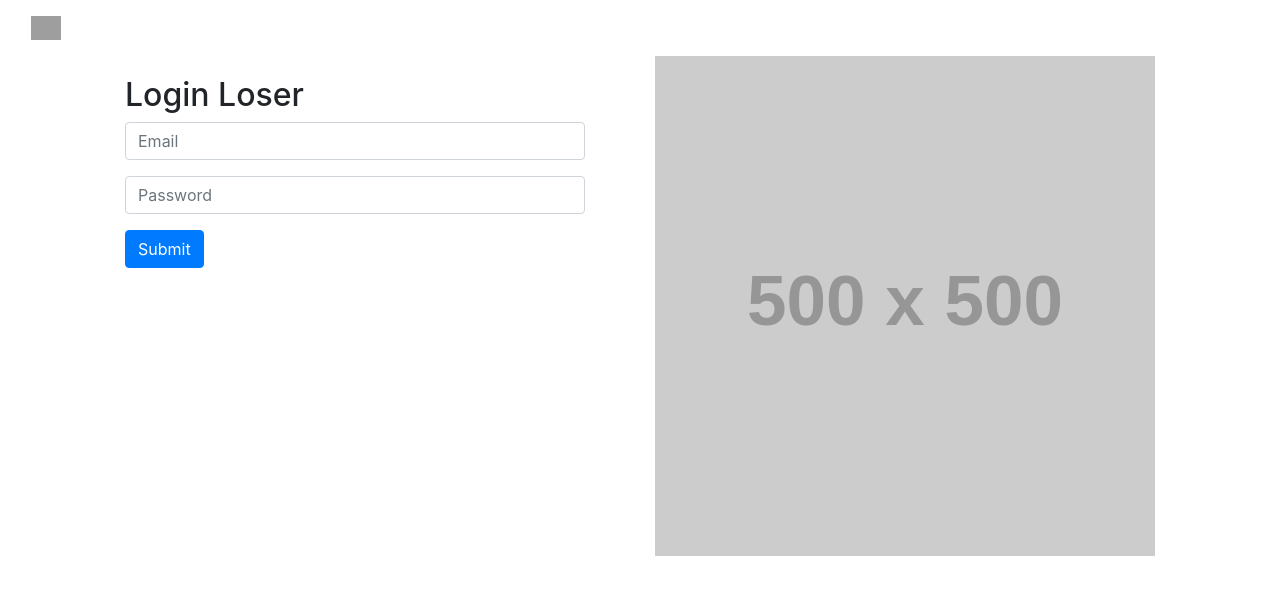
Repository: DavidDontKnow/BootlegTwitter
Page: html/login.html
These files come from the project's save history. The page is drawn as it stood at one moment and after the next save; the edit follows.
The browser window is 1280 px wide. The pictures show the whole page.
Pictures or frames that could not be fetched are drawn as grey boxes.

Above is the page before, as saved 2023-04-05 15:23:59.

After the next save:
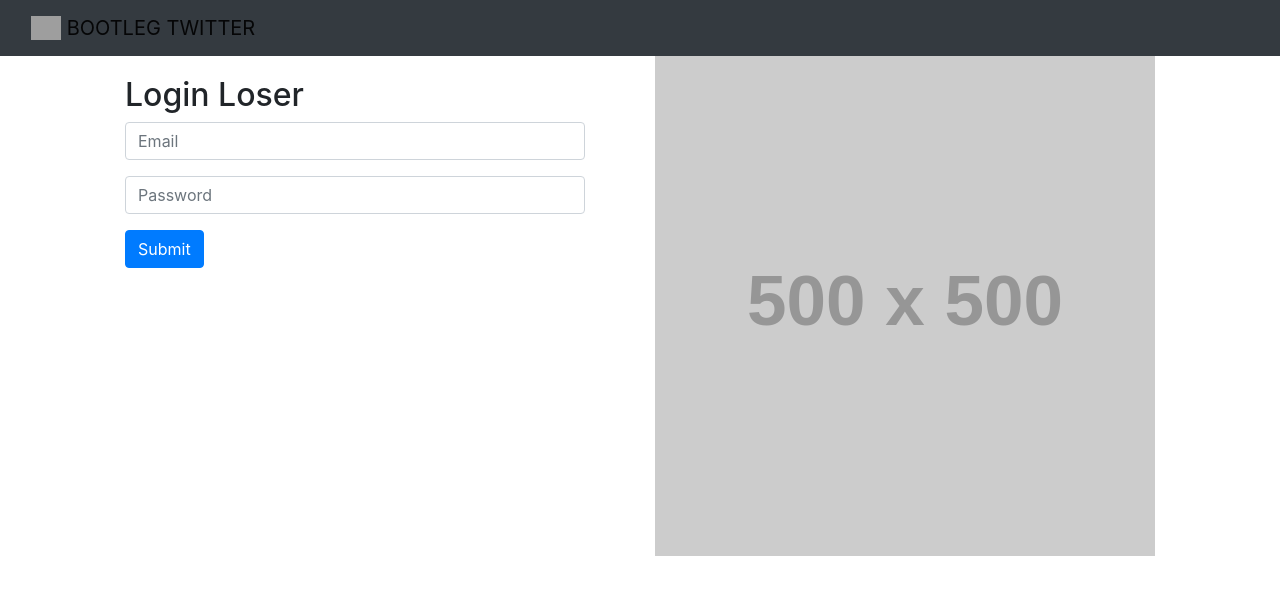
Saved 46 s later.
--- a/html/login.html
+++ b/html/login.html
@@ -23,7 +23,7 @@
     <title>Login</title>
 </head>
 <body>
-    <nav class="navbar navbar-dark bg-body-tertiary">
+    <nav class="navbar navbar-light bg-dark bg-body-tertiary">
         <div class="container-fluid">
           <a class="navbar-brand" href="#">
             <img src="/docs/5.3/assets/brand/bootstrap-logo.svg" alt="Logo" width="30" height="24" class="d-inline-block align-text-top">
